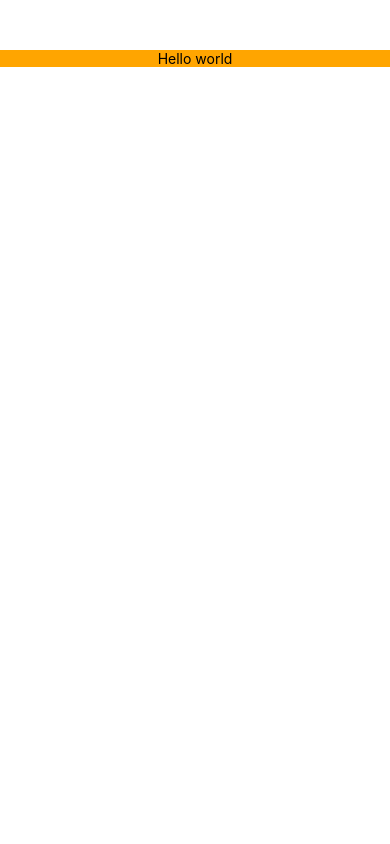
Repository: Ducbii4202/React-Native
Screen: /
An editor plug-in stored every save of this project. The screen is shown before and after the next save, followed by the edit.
The app was drawn by React Native's web renderer in a window 390 px wide. The project was rebuilt for these pictures with package versions that can differ from the ones it lists, and the page was loaded fresh each time.

Above is the screen before, as saved 2024-09-15 21:01:22.

After the next save:
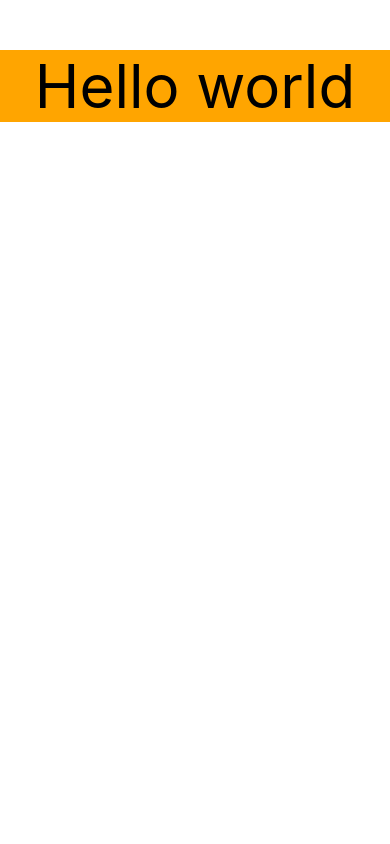
Saved 9 s later.
--- a/App.tsx
+++ b/App.tsx
@@ -28,6 +28,7 @@ const styles = StyleSheet.create({
     backgroundColor: 'orange',
     paddingHorizontal: 20,
     textAlign: 'center',
+    fontSize: 60,
   }
 
 });
